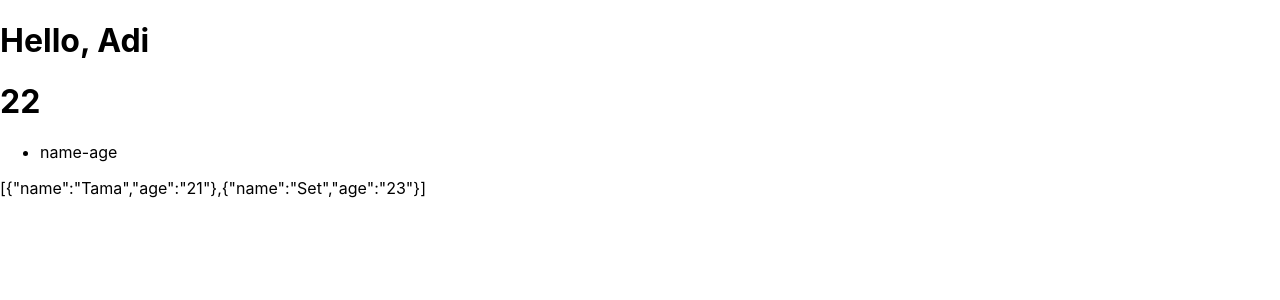
Repository: idaitesamatarp/ifabula
Page: / (app in latihan/)
These files come from the project's save history. The page is drawn as it stood at one moment and after the next save; the edit follows.
The browser window is 1280 px wide. The pictures show the whole page.
The project was rebuilt for these pictures with package versions that can differ from the ones it lists, and the page was loaded fresh each time. Also part of the build but not shown: latihan/src/App.css, latihan/src/component/UserList.jsx.

Above is the page before, as saved 2022-05-30 15:12:24.

After the next save:
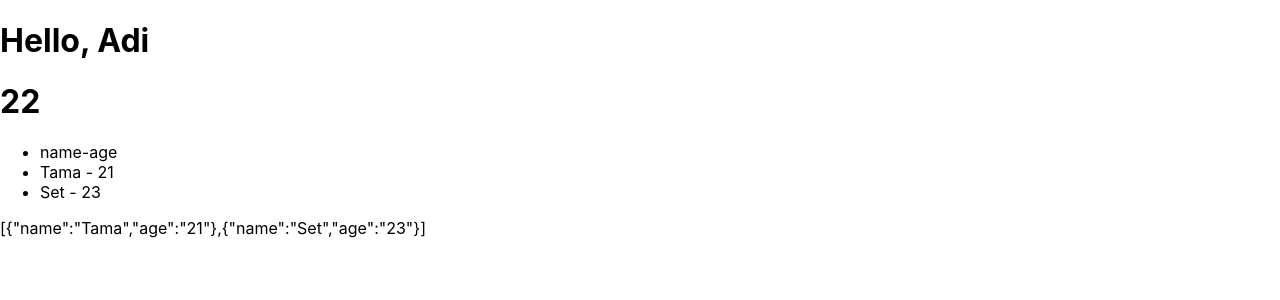
Saved 23 s later.
--- a/latihan/src/App.js
+++ b/latihan/src/App.js
@@ -31,9 +31,11 @@
         <ul>
           <li>name-age</li>
           {users.map((user) => {
-            <li>
-              {user.name} - {user.age}
-            </li>;
+            return (
+              <li>
+                {user.name} - {user.age}
+              </li>
+            );
           })}
         </ul>
         {JSON.stringify(users)}
